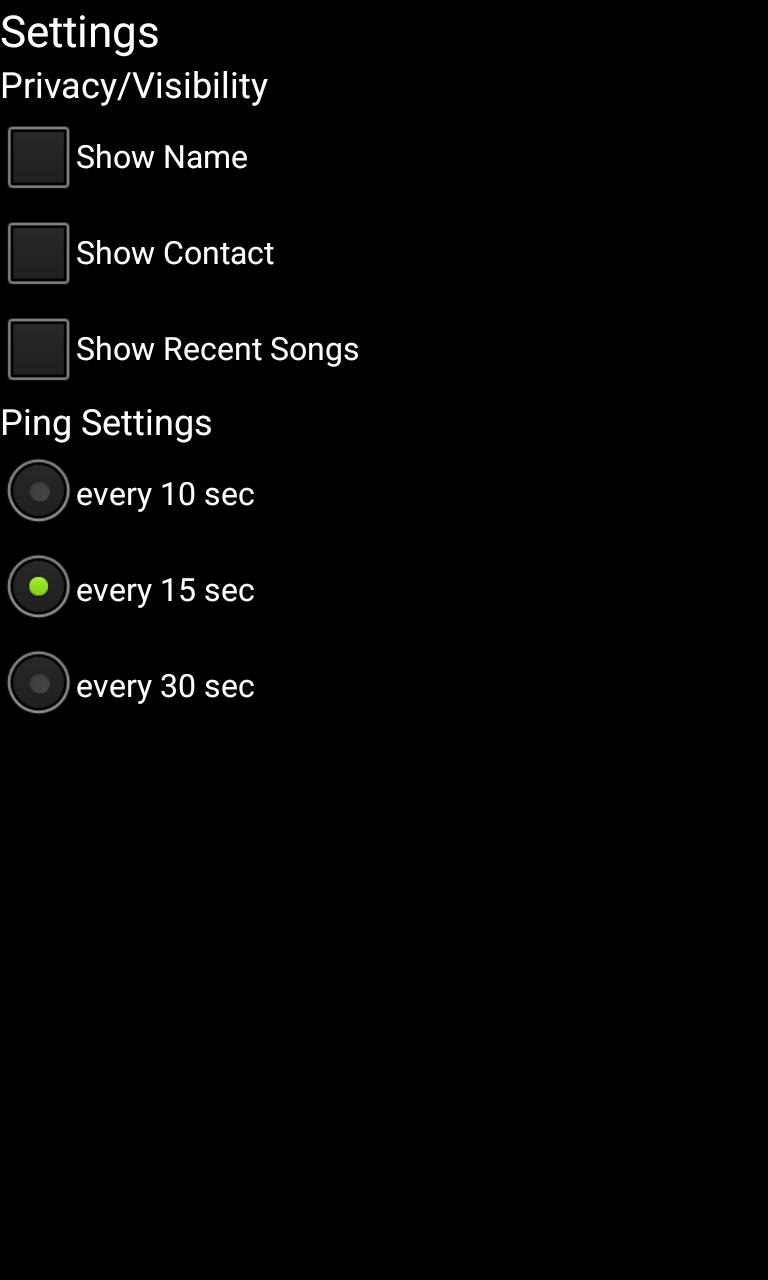
Repository: SuperChocomocha/PennApps-Spring-2012
Layout: SpotMe/res/layout/settings.xml
The author's editor kept a copy of each file at every save. The layout is drawn from the files as they stood at one save, then again after the next save.
It is drawn on a 768 x 1280 px phone screen (xhdpi) without system bars, with theme android:Theme; the app's code is not run.

Above is the layout before, as saved 2012-01-15 00:21:12.

### SpotMe/res/layout/settings.xml
<?xml version="1.0" encoding="utf-8"?>
    <LinearLayout xmlns:android="http://schemas.android.com/apk/res/android"
        android:id="@+id/linearLayout1"
        android:layout_width="fill_parent"
        android:layout_height="fill_parent"
        android:orientation="vertical" >

        <TextView
            android:id="@+id/settings"
            android:layout_width="wrap_content"
            android:layout_height="wrap_content"
            android:text="Settings"
            android:textAppearance="?android:attr/textAppearanceLarge" />

        <TextView
            android:id="@+id/privacy_visibility"
            android:layout_width="wrap_content"
            android:layout_height="wrap_content"
            android:text="Privacy/Visibility"
            android:textAppearance="?android:attr/textAppearanceMedium" />

        <CheckBox
            android:id="@+id/showname"
            android:layout_width="wrap_content"
            android:layout_height="wrap_content"
            android:text="Show Name" />

        <CheckBox
            android:id="@+id/showcontact"
            android:layout_width="wrap_content"
            android:layout_height="wrap_content"
            android:text="Show Contact" />

        <CheckBox
            android:id="@+id/showrecent"
            android:layout_width="wrap_content"
            android:layout_height="wrap_content"
            android:text="Show Recent Songs" />

        <TextView
            android:id="@+id/pingsettings"
            android:layout_width="wrap_content"
            android:layout_height="wrap_content"
            android:text="Ping Settings"
            android:textAppearance="?android:attr/textAppearanceMedium" />

        <RadioGroup
            android:id="@+id/pingtime"
            android:layout_width="wrap_content"
            android:layout_height="wrap_content" >

            <RadioButton
                android:id="@+id/ping_10seconds"
                 android:layout_width="wrap_content"
                android:layout_height="wrap_content"
                android:checked="true"
                android:text="every 10 sec"/>

            <RadioButton
                android:id="@+id/ping_15seconds"
                android:layout_width="wrap_content"
                android:layout_height="wrap_content"
                android:checked="true"
                android:text="every 15 sec" />

            <RadioButton
                android:id="@+id/ping_30seconds"
                android:layout_width="wrap_content"
                android:layout_height="wrap_content"
                android:text="every 30 sec" />
        </RadioGroup>
    </LinearLayout>

After the next save:
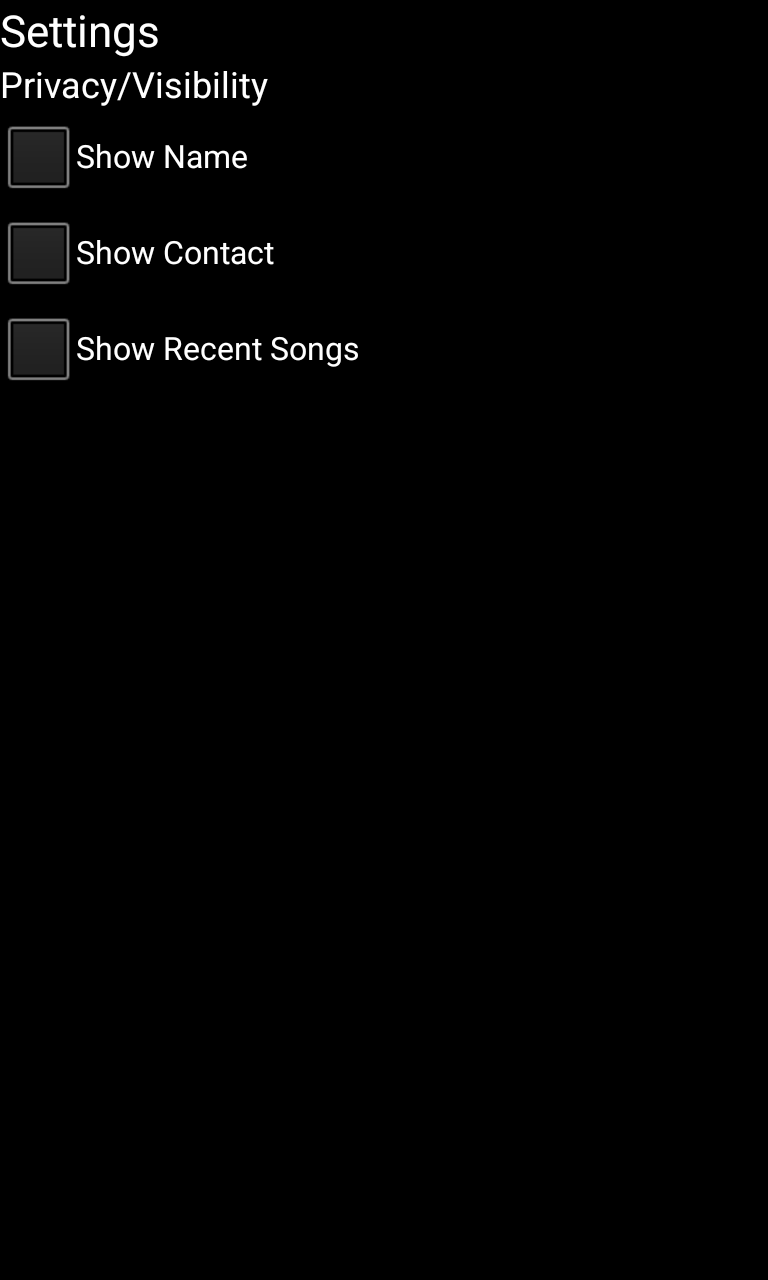
Saved 21 s later.
--- a/SpotMe/res/layout/settings.xml
+++ b/SpotMe/res/layout/settings.xml
@@ -37,36 +37,4 @@
             android:layout_height="wrap_content"
             android:text="Show Recent Songs" />
 
-        <TextView
-            android:id="@+id/pingsettings"
-            android:layout_width="wrap_content"
-            android:layout_height="wrap_content"
-            android:text="Ping Settings"
-            android:textAppearance="?android:attr/textAppearanceMedium" />
-
-        <RadioGroup
-            android:id="@+id/pingtime"
-            android:layout_width="wrap_content"
-            android:layout_height="wrap_content" >
-
-            <RadioButton
-                android:id="@+id/ping_10seconds"
-                 android:layout_width="wrap_content"
-                android:layout_height="wrap_content"
-                android:checked="true"
-                android:text="every 10 sec"/>
-
-            <RadioButton
-                android:id="@+id/ping_15seconds"
-                android:layout_width="wrap_content"
-                android:layout_height="wrap_content"
-                android:checked="true"
-                android:text="every 15 sec" />
-
-            <RadioButton
-                android:id="@+id/ping_30seconds"
-                android:layout_width="wrap_content"
-                android:layout_height="wrap_content"
-                android:text="every 30 sec" />
-        </RadioGroup>
     </LinearLayout>
